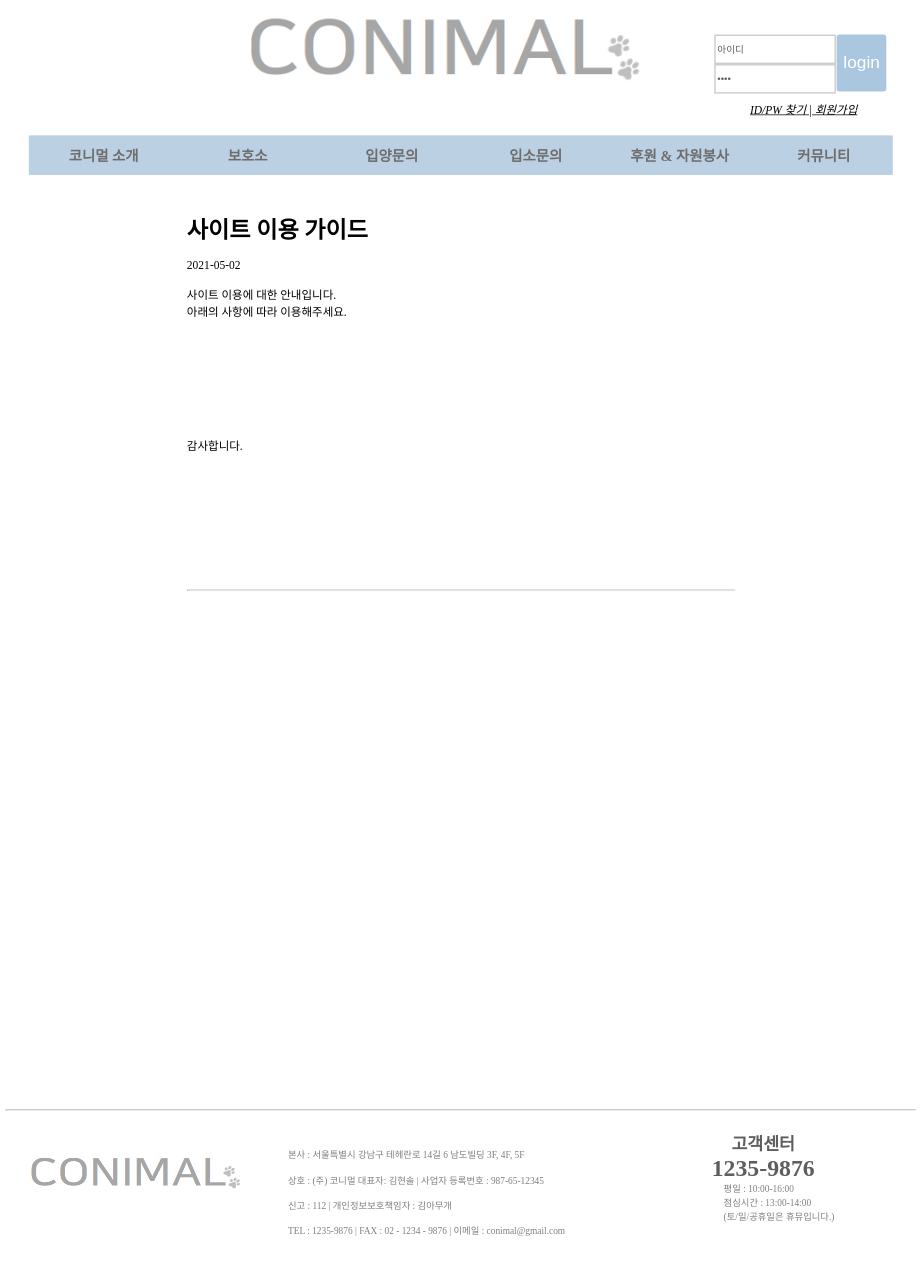
Repository: rlagusthf12/SemiProject
Page: http://localhost/jspProject/
These files come from the project's save history. The page is drawn as it stood at one moment and after the next save; the edit follows.
The browser window is 1280 px wide. The pictures show the whole page, at 72% of full size.
The page is served by Tomcat 9. Other server files are loaded and not shown.

Above is the page before, as saved 2021-05-18 09:15:43.

### jspProject/WebContent/index.jsp
<%@ page language="java" contentType="text/html; charset=UTF-8"
    pageEncoding="UTF-8"%>
<!DOCTYPE html>
<html>
<head>
<meta charset="UTF-8">
<title>Insert title here</title>
</head>
<body>


	<%@ include file="views/notice/noticeDetail.jsp" %>






</body>
</html>

### jspProject/WebContent/views/notice/noticeDetail.jsp
<%@ page language="java" contentType="text/html; charset=UTF-8"
    pageEncoding="UTF-8"%>
<!DOCTYPE html>
<html>
<head>
<meta charset="UTF-8">
<title>Insert title here</title>
<style>
	.body{
		width: 761px;
        height: 1240px;
        margin: 0 auto;
        margin-top:50px;
	}
	.title{
	height: 58px;
	width:293px;
	}
	.date{
	height:20px;
	width:85px;
	}
	.content{
	width:761px;
	height:415px;
	}

  .deletebtn, .modifybtn{
    float:right;
    font-size: 16px;
    color: rgb(64, 64, 64);
    text-align: center;
    line-height: 2.5em;
    background-color: rgb(224, 224, 224);
    border:0px;
    border-radius: 4px;
    width: 100px; height: 40px;
  }
</style>
</head>

<body>
<%@ include file="../common/menubar.jsp" %>
  <div class="body">
  <div calss="title">
  <h1>사이트 이용 가이드</h1>
  </div>
  <div class="date">
  2021-05-02
  </div>
  <div class="content">
  <p>
  	사이트 이용에 대한 안내입니다.<br>
  	아래의 사항에 따라 이용해주세요.
  	<br><br><br><br><br><br><br><br><br><br>
  	감사합니다.
  </p>
  </div>
  <hr>



  </div>
   <%@ include file="../common/footerbar.jsp" %>
</body>
</html>

### jspProject/WebContent/views/common/menubar.jsp
<%@ page language="java" contentType="text/html; charset=UTF-8"
    pageEncoding="UTF-8"%>
<!DOCTYPE html>
<html>
<head>
<meta charset="UTF-8">
<title>Insert title here</title>

<style>
    .on{
         width: 1200px;
         height: 180px;
         margin: 0 auto;
         }
    .mainLogo{

        margin-left: 302px;

    }

    .login {
        float:right;
        margin-top:40px;
     }
   #loginform>*{

    float:left;
    }
    .id_pwd{width: 65%; height: 70px; } .loginbtn{width: 35%;}

    .pwd,.id{
        color: rgb(94, 94, 94);
        border-style: solid;
        border-color: rgb(204, 204, 204);
        width:100%;
        height:50%;
    }
    .loginbtn>input{
        font-size: 24px;
        width: 80%;
        height: 100%;
        color: rgb(255, 255, 255);
        line-height: 3.2em;
        background-color: rgb(171, 198, 223);
        text-align: center;
        border-radius: 4px;
        border:0px;
    }

    .find{
    text-decoration-line: underline;
    font-style: italic;
    font-size: 16px;
    line-height: 3.2em;
    }

    .navi{
            width: 1200px; height: 55px;
            background-color: rgb(187, 208, 227);
            margin: 0 auto;
     }
     #navi1{
            list-style-type:none;
            margin:0;
            padding:0;
            height:100%;
            text-decoration:none;

        }

        #navi1>li{
            margin-left: 8px;
            float:left;
            width:16%;
            height:100%;
            text-align:center;
        }
        #navi1 a{
            line-height: 2.8em;
            font-size: 20px;
            color: rgb(110, 109, 109);
            font-family: HanSans;
            width: 16.6%;
            font-weight: bold;
            cursor:pointer;
            height:100%;
            width:100%;
            display:block;
            text-decoration:none;
            z-index: 6;
        }
        #navi1 a:hover{color: white;}
        #navi1>li>ul{
            list-style-type:none;
            display:none;
            margin-top:0px;
            padding:10px;
            background-color: rgb(184, 183, 183);
            font-family: HanSans;
            line-height: 2.8em;
            font-size: 20px;
            position: relative;
            z-index: 6;
        }
        #navi1>li>ul a{font-size:15px;}
        #navi1>li>a:hover+ul{display:block;}
        #navi1>li>ul:hover{display:block;}
     </style>
</head>

<body>

            <div class="on">

                    <image src="resources/images/mainLogo.png" width="558px" height="120px" class="mainLogo">

                        <div class="login" align="center">

                            <form action="" id="loginform">

                                <div class="id_pwd">
                                    <input type="text" class="id" value="아이디"><br>
                                    <input type="password" class="pwd" value="비밀번호" >
                                </div>

                                <div class="loginbtn">
                                    <input type="submit" value="login">
                                </div>
                            </form>
                            <span class="find">ID/PW 찾기 | 회원가입</span>
                        </div>

            </div>
            <div class="navi">
                    <ul id="navi1" >
                        <li><a href="">코니멀 소개</a></li>
                        <li><a href="">보호소</a></li>
                        <li><a href="">입양문의</a>
                            <ul>
                                <li><a href="">보호중인 동물</a></li>
                                <li><a href="">입양 절차</a></li>
                                <li><a href="">입양 신청</a></li>
                                <li><a href="">입양 후기</a></li>
                            </ul>
                        </li>
                        <li><a href="">입소문의</a>
                            <ul>
                                <li><a href="">입소 절차</a></li>
                                <li><a href="">입소 신청</a></li>
                            </ul>
                        </li>
                        <li><a href="">후원 &amp; 자원봉사</a>
                        <ul>
                            <li><a href="">자원봉사</a></li>
                            <li><a href="">후원</a></li>
                        </ul>
                      </li>
                        <li><a href="">커뮤니티</a>
                        <ul>
                            <li><a href="">자유 게시판</a></li>
                            <li><a href="">공지사항</a></li>
                            <li><a href="">고객센터</a></li>
                        </ul>
                    </li>
                    </ul>
            </div>


</body>
</html>

### jspProject/WebContent/views/common/footerbar.jsp
<%@ page language="java" contentType="text/html; charset=UTF-8"
    pageEncoding="UTF-8"%>
<!DOCTYPE html>
<html>
<head>
<meta charset="UTF-8">
<title>Insert title here</title>
<style>


 .footerbar{

         width: 1200px;
         height: 180px;
         margin: 0 auto;
     }
     .call{
         width:30%;
         height: 100%;
         float:left;
         margin-left: 60px;
     }

     .minLogo{

         padding-top: 30px;
         height: 100%;
         float:left;
     }
     .ex{
        width:40%;
        float:left;
        height:100%;
        padding-top: 25px;
    }
     .ect{

        font-size: 13px;
        color: rgb(127, 127, 127);
        text-align: left;
        width:450px;
        padding-left: 60px;

     }
     .ect2{
        font-weight: bold; font-size: 24px; text-align: center; color: rgb(94, 94, 94);
     }
     .ect3{
        font-weight: bold; font-size: 33px; text-align: center; color: rgb(94, 94, 94);
     }
     #al{
        width: 250px;
        padding-left: 125px;
     }


</style>
</head>
<body>
            <hr>
            <br>
            <div class="footerbar">
            <div class="minLogo">
                <div>
                 <image src="resources/images/mainLogo.png" width="300" height="60"></image>
                </div>
            </div>
            <div class="ex">
             <div class="ect">
                    본사 : 서울특별시 강남구 테헤란로 14길 6 남도빌딩 3F, 4F, 5F<br><br>

                    상호 : (주) 코니멀 대표자: 김현솔 | 사업자 등록번호 : 987-65-12345 <br><br>

                    신고 : 112 | 개인정보보호책임자 : 김아무개<br><br>

                    TEL : 1235-9876 | FAX : 02 - 1234 - 9876 | 이메일  :  conimal@gmail.com
              </div>
            </div>


            <div class="call">
                <div class="ect2" >
                    고객센터
                    <div class="ect3">
                    1235-9876

                    </div>
                </div>

                <div class="ect" id="al">
                    평일 : 10:00-16:00<br>
                    점심시간 : 13:00-14:00<br>
                    (토/일/공휴일은 휴뮤입니다.)
                </div>

            </div>
            </div>


</body>
</html>

After the next save:
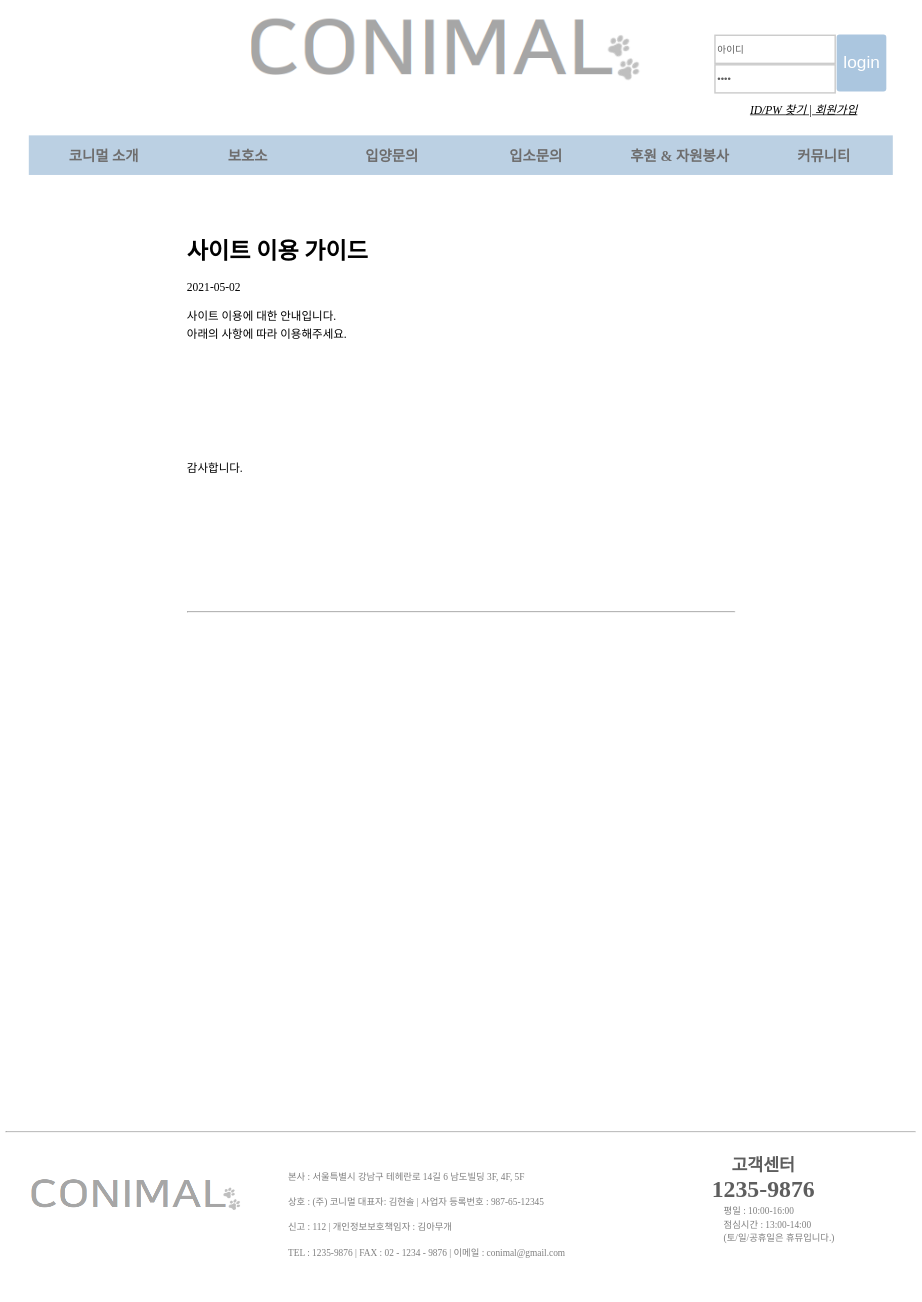
Saved 13 s later.
--- a/jspProject/WebContent/views/notice/noticeDetail.jsp
+++ b/jspProject/WebContent/views/notice/noticeDetail.jsp
@@ -10,7 +10,7 @@
 		width: 761px;
         height: 1240px;
         margin: 0 auto;
-        margin-top:50px;
+        margin-top:80px;
 	}
 	.title{
 	height: 58px;
